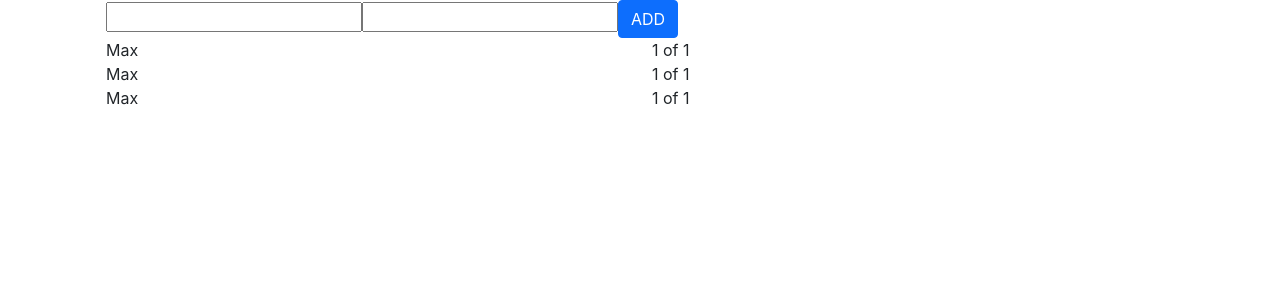
Repository: tsydikov/phone_book
Page: /
These files come from the project's save history. The page is drawn as it stood at one moment and after the next save; the edit follows.
The browser window is 1280 px wide. The pictures show the whole page.
The project was rebuilt for these pictures with package versions that can differ from the ones it lists, and the page was loaded fresh each time. Also part of the build but not shown: src/App.css.

Above is the page before, as saved 2021-10-07 19:09:28.

After the next save:
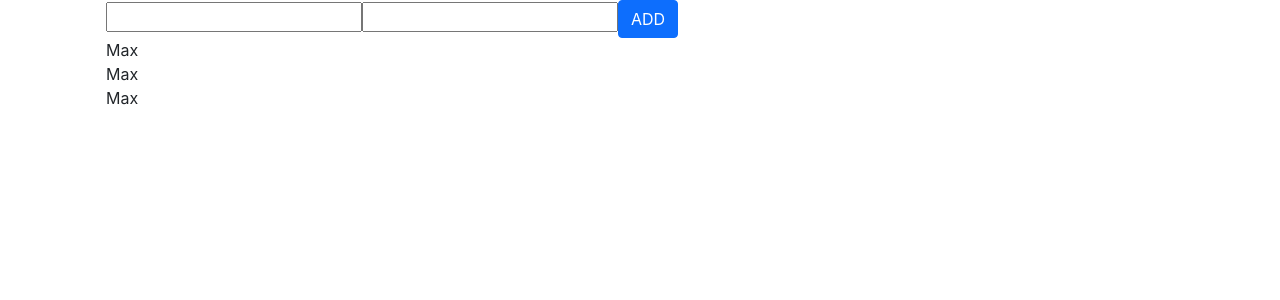
Saved 75 s later.
--- a/src/components/PhoneItem.jsx
+++ b/src/components/PhoneItem.jsx
@@ -5,8 +5,8 @@ const PhoneItem = ({phone}) => {
   return (
     <Container>
       <Row>
-        <Col>{phone.name}</Col>
-        <Col>1 of 1</Col>
+        <Col sm>{phone.name}</Col>
+        <Col sn >{phone.phone}</Col>
       </Row>
     </Container>
   );
